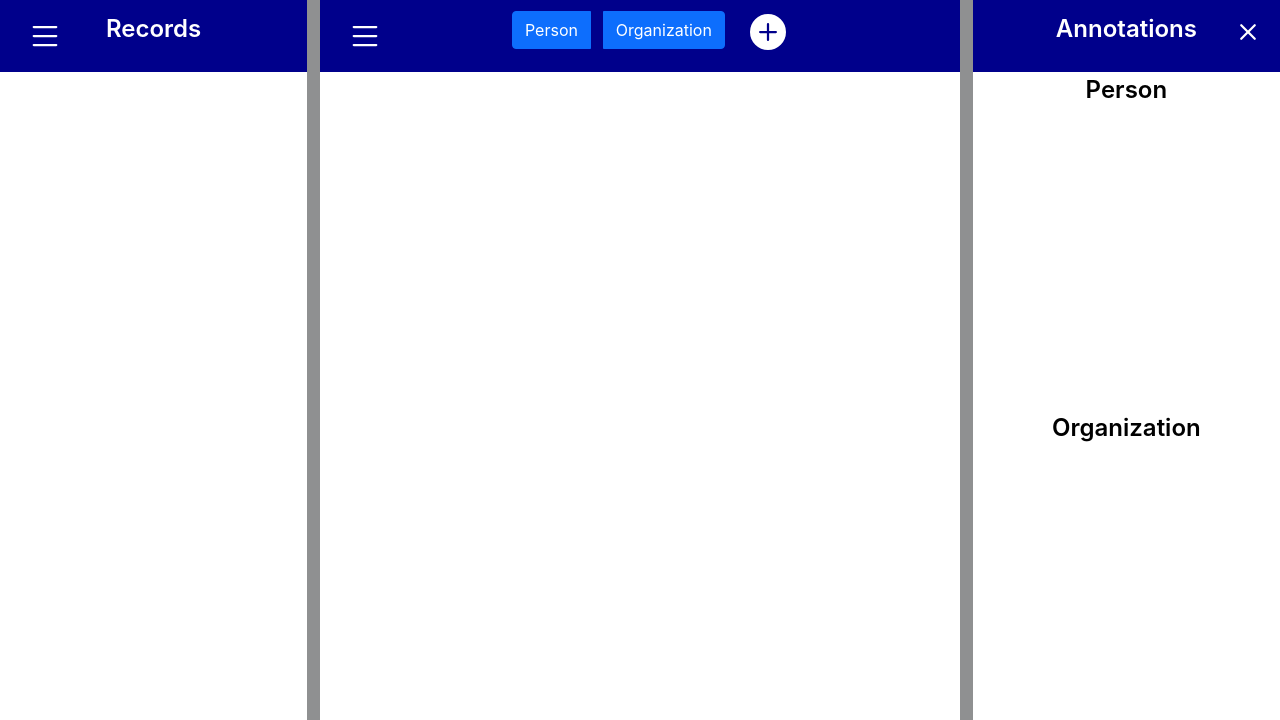
Repository: napan24/classforma_assignment
Page: / (app in client/)
The author's editor kept a copy of each file at every save. The page is drawn from the files as they stood at one save, then again after the next save.
The browser window is 1280 px wide. The pictures show the whole page.
The project was rebuilt for these pictures with package versions that can differ from the ones it lists, and the page was loaded fresh each time. Also part of the build but not shown: client/src/App.css.

Above is the page before, as saved 2022-07-20 17:46:14.

After the next save:
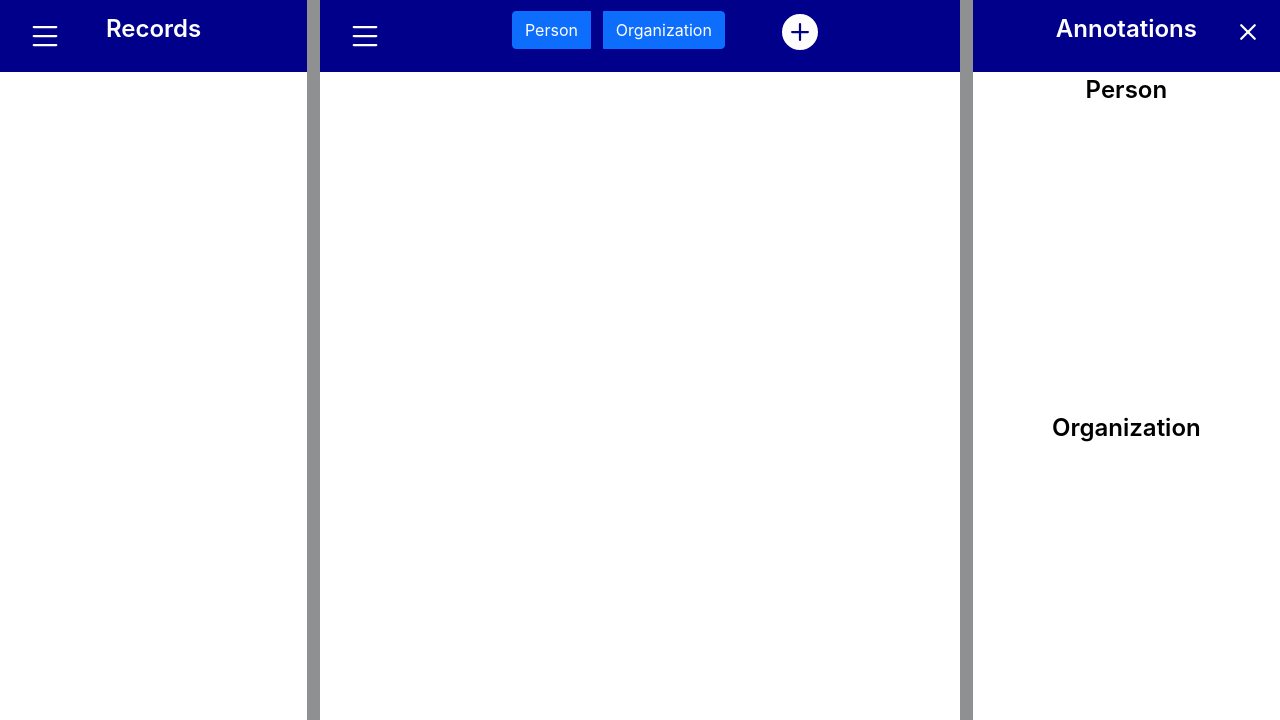
Saved 4 s later.
--- a/client/src/Home.js
+++ b/client/src/Home.js
@@ -106,7 +106,7 @@ const Home = () => {
                             <button type="button" class="btn btn-primary">Organization</button>
                         </div>
                         <label for="file">
-                            <svg style={{ width: "20%", height: "50%", position: "absolute", right: "20%", top: "2vh", color: "white" }} xmlns="http://www.w3.org/2000/svg" fill="currentColor" class="bi bi-plus-circle-fill" viewBox="0 0 16 16">
+                            <svg style={{ width: "20%", height: "50%", position: "absolute", right: "15%", top: "2vh", color: "white" }} xmlns="http://www.w3.org/2000/svg" fill="currentColor" class="bi bi-plus-circle-fill" viewBox="0 0 16 16">
                                 <path d="M16 8A8 8 0 1 1 0 8a8 8 0 0 1 16 0zM8.5 4.5a.5.5 0 0 0-1 0v3h-3a.5.5 0 0 0 0 1h3v3a.5.5 0 0 0 1 0v-3h3a.5.5 0 0 0 0-1h-3v-3z" />
                             </svg>
                         </label>
